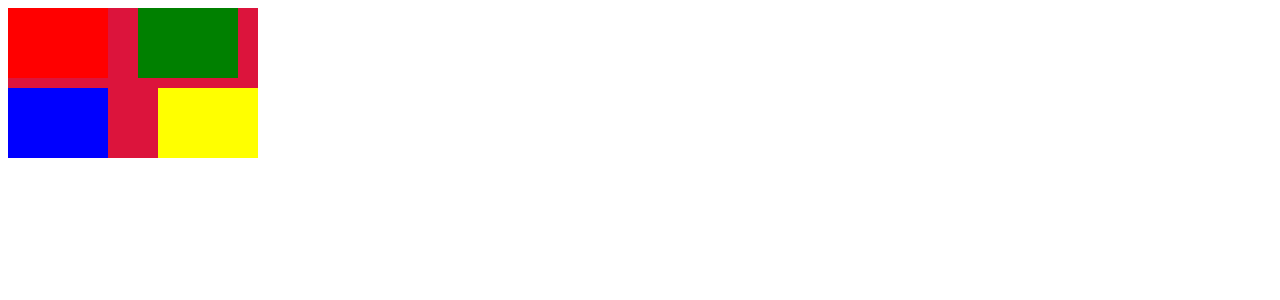
Repository: latenightsnacc/furry-meme
Page: animation.html
These files come from the project's save history. The page is drawn as it stood at one moment and after the next save; the edit follows.
The browser window is 1280 px wide. The pictures show the whole page.

Above is the page before, as saved 2021-05-14 13:03:20.

### animation.html
<!DOCTYPE html>
<html lang="en">
<head>
    <meta charset="UTF-8">
    <meta http-equiv="X-UA-Compatible" content="IE=edge">
    <meta name="viewport" content="width=device-width, initial-scale=1.0">
    <title>Windows Logo Animation</title>

    <style>
        .container{
            display: flex;
            height: 100%;
            width: 100vw;
            justify-content: center;
            align-items: center;

        }
        .logo {
            position: relative;
            background: crimson;
            width: 250px;
            height: 150px;
        }
        .window {
            width: 100px;
            height: 70px;
            position: absolute;
        }
        .red {
            background: red;
            left: 20;
        }
        .green {
            background: green;
            right: 20px;

        }
        .blue {
            background: blue;
            bottom: 0;
            left: 0;
        }
        .yellow {
            background: yellow;
            right: 0;
            bottom: 0;
        }
    </style>
</head>
<body>
    <div class="container">

    </div>
    <div class="logo">
        <div class="window red"></div>
        <div class="window green"></div>
        <div class="window blue"></div>
        <div class="window yellow"></div>
    </div>
</body>
</html>

After the next save:
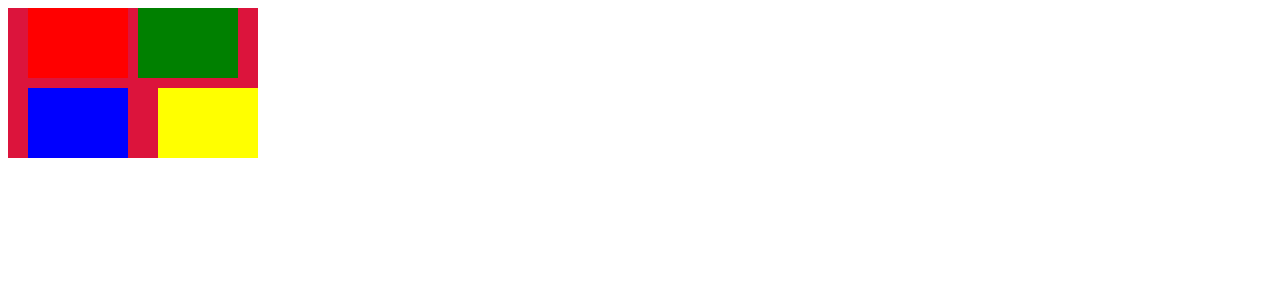
Saved 16 s later.
--- a/animation.html
+++ b/animation.html
@@ -28,7 +28,7 @@
         }
         .red {
             background: red;
-            left: 20;
+            left: 20px;
         }
         .green {
             background: green;
@@ -37,8 +37,8 @@
         }
         .blue {
             background: blue;
-            bottom: 0;
-            left: 0;
+            bottom: 0px;
+            left: 20px;
         }
         .yellow {
             background: yellow;
